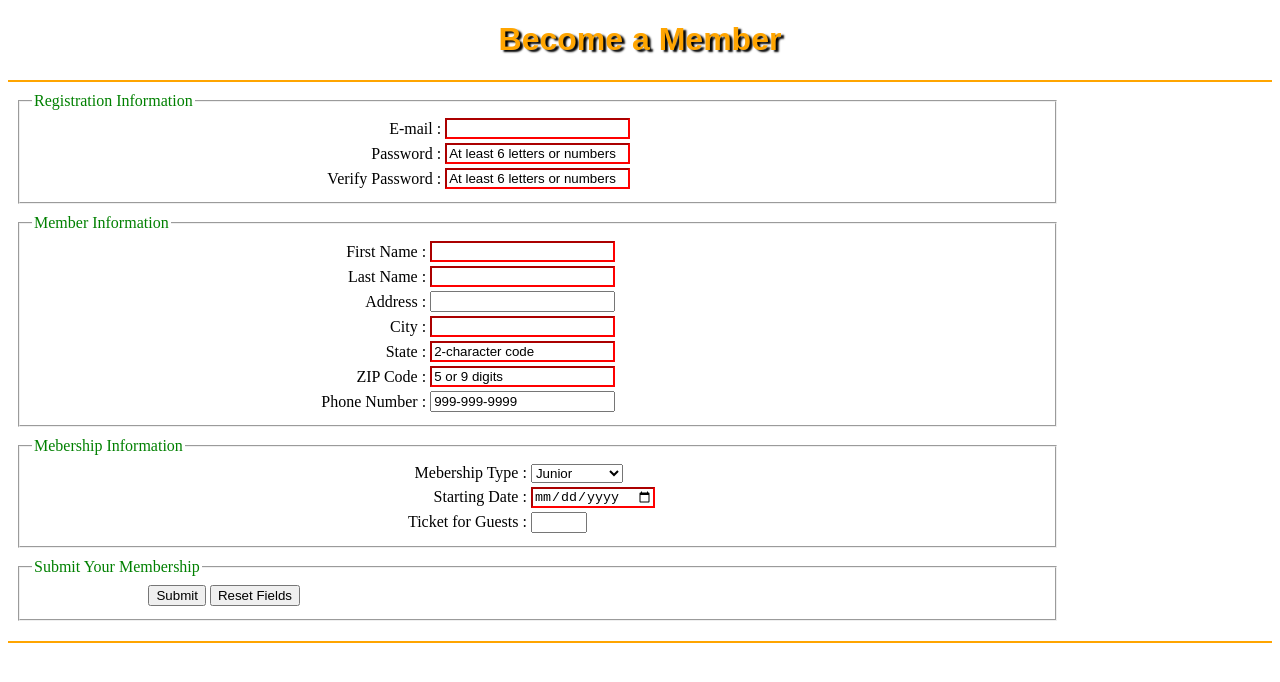
Repository: kjungyoun/Web_Study_2021
Page: homework_front/WebContent/0302/0302.html
An editor plug-in stored every save of this project. The page is shown before and after the next save, followed by the edit.
The browser window is 1280 px wide. The pictures show the whole page.
Some web fonts or font styles are not loaded; a fallback is used.

Above is the page before, as saved 2021-03-02 12:41:15.

### homework_front/WebContent/0302/0302.html
<!DOCTYPE html>
<html>
<head>
<meta charset="UTF-8">
<title>Become a Member</title>
<style type="text/css">
	fieldset {
	color: green;
	margin: auto;
	width:80%;
	align-self: center;
}
	table {
	color : black;
	margin: auto;
	width: 80%;
	}
	h1 {
	font-family: "Arial Black", sans-serif;
	color:orange;
	text-shadow: 3px 2px 2px black;
	}
</style>
</head>
<body>
<header>
	<h1 align="center">
		Become a Member
	</h1>
	<hr color="orange" size="2px">
</header>
<form action="index.html">
	<fieldset style="margin: 10px;">
		<legend>Registration Information</legend>
		<table>
			<tbody>
				<tr>
					<td align="right">
						<label for="userid">E-mail : </label>
					</td>
					<td align="left">
						<input type="email" id="email" name="email" style="border-color: red">
					</td>
				</tr>
				<tr>
					<td align="right">
					<label for="password">Password : </label>
					</td>
					<td align="left">
						<input type="text" id="psw" name="psw" value="At least 6 letters or numbers" style="border-color:red">
					</td>
				</tr>
				<tr>
					<td align="right">
						<label for="vpassword">Verify Password : </label>
					</td>
					<td align="left">
						<input type="text" id="vpwd" name="vpwd" value="At least 6 letters or numbers" style="border-color:red;">
					</td>
				</tr>
			</tbody>
		</table>
	</fieldset>
	<fieldset style="margin:10px;">
		<legend>Member Information</legend>
		<table >
			<tbody>
				<tr>
					<td align="right">
						<label for="fname">First Name : </label>
					</td>
					<td align="left">
						<input type="text" id="fname" name="fname" style="border-color:red">
					</td>
				</tr>
				<tr>
					<td align="right">
					<label for="lname">Last Name : </label>
					</td>
					<td align="left">
						<input type="text" id="lname" name="lname" style="border-color:red">
					</td>
				</tr>
				<tr>
					<td align="right">
						<label for="address">Address : </label>
					</td>
					<td align="left">
						<input type="text" id="addr" name="addr">
					</td>
				</tr>
				<tr>
					<td align="right">
						<label for="city">City : </label>
					</td>
					<td align="left">
						<input type="text" id="city" name="city" style="border-color:red">
					</td>
				</tr>
				<tr>
					<td align="right">
						<label for="state">State : </label>
					</td>
					<td align="left">
						<input type="text" id="state" name="state" value="2-character code" style="border-color:red">
					</td>
				</tr>
				<tr>
					<td align="right">
						<label for="zip">ZIP Code : </label>
					</td>
					<td align="left">
						<input type="text" id="addr" name="addr" value="5 or 9 digits" style="border-color:red">
					</td>
				</tr>
				<tr>
					<td align="right">
						<label for="phone">Phone Number : </label>
					</td>
					<td align="left">
						<input type="tel" id="phone" name="phone" value="999-999-9999">
					</td>
				</tr>
			</tbody>
		</table>
	</fieldset>
	<fieldset style="margin:10px;">
		<legend>Mebership Information</legend>
		<table>
			<tr>
				<td align="right">
					<label for="type">Mebership Type : </label>
				</td>
				<td align="left">
					<select name="type" >
						<optgroup label="membership" >
							<option>Junior</option>
							<option>Senior</option>
							<option>Semi Pro</option>
							<option>Pro</option>
							<option>VIP</option>
						</optgroup>
					</select>
				</td>
			</tr>
			<tr>
				<td align="right">
					<label for="date">Starting Date : </label>
				</td>
				<td align="left">
					<input type="date" name="date" style="border-color:red">
				</td>
			</tr>
			<tr>
				<td align="right">
					<label for="guest">Ticket for Guests : </label>
				</td>
				<td align="left">
					<input type="number" min="0" max="30" name="guest">
				</td>
			</tr>
		</table>
	</fieldset>
	<fieldset style="margin:10px; margin-bottom: 20px">
		<legend>Submit Your Membership</legend>
		<table>
			<tr>
				<td></td>
				<td>
					<button type="submit">Submit</button>
					<button type="reset">Reset Fields</button>
				</td>
			</tr>
		</table>
	</fieldset>
</form>
<hr color="orange" size="2px">
</body>
</html>

After the next save:
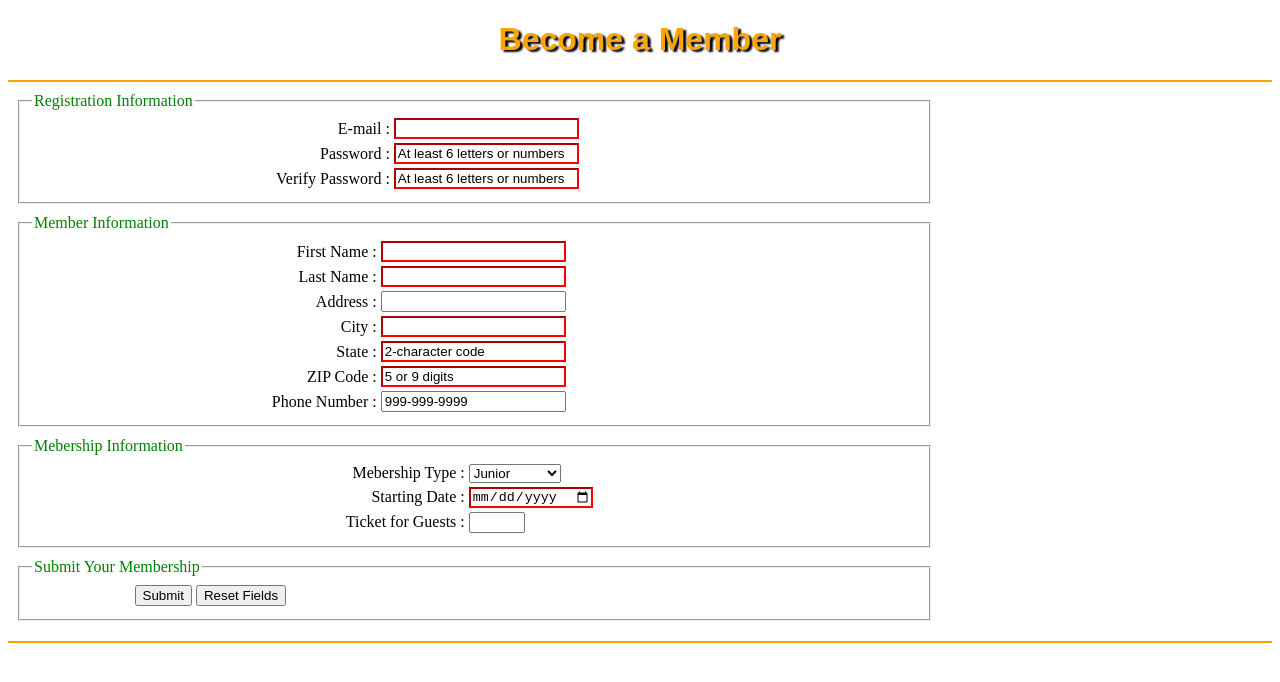
Saved 12 s later.
--- a/homework_front/WebContent/0302/0302.html
+++ b/homework_front/WebContent/0302/0302.html
@@ -7,7 +7,7 @@
 	fieldset {
 	color: green;
 	margin: auto;
-	width:80%;
+	width:70%;
 	align-self: center;
 }
 	table {
